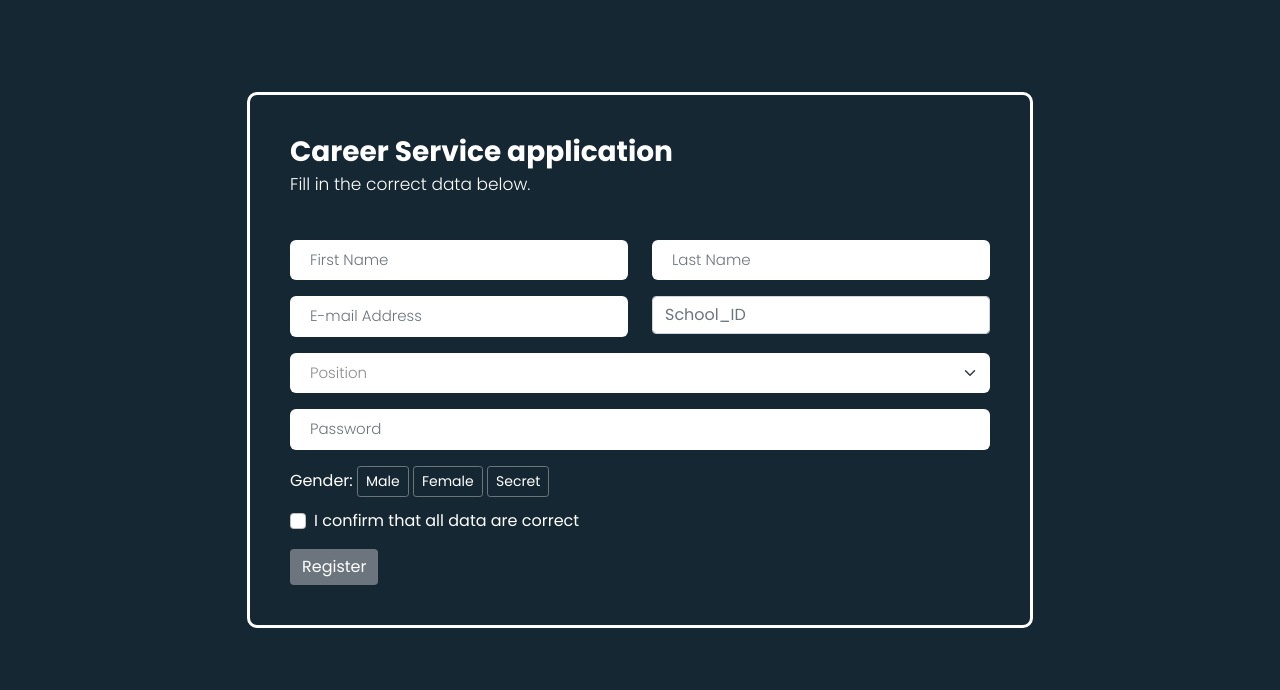
Repository: Samkiroko/form-assignment
Page: index.html
The author's editor kept a copy of each file at every save. The page is drawn from the files as they stood at one save, then again after the next save.
The browser window is 1280 px wide. The pictures show the whole page.

Above is the page before, as saved 2022-12-03 18:41:21.

### index.html
<!DOCTYPE html>
<html lang="en" >
<head>
  <meta charset="UTF-8">
  <title>Career Service application</title>
  <link rel='stylesheet' href='https://cdn.jsdelivr.net/npm/bootstrap@5.0.0-beta2/dist/css/bootstrap.min.css'><link rel="stylesheet" href="./style.css">

</head>
<body>
<!-- partial:index.partial.html -->
<div class="form-body">
        <div class="row">
            <div class="form-holder">
                <div class="form-content">
                    <div class="form-items">
                        <h3>Career Service application</h3>
                        <p>Fill in the correct data below.</p>
                        <form class="requires-validation" novalidate>
                            <div class="row">
                                 <div class="col-6">
                               <input class="form-control" type="text" name="name" placeholder="First Name" required>
                               <div class="valid-feedback">First Name field is valid!</div>
                               <div class="invalid-feedback">First Name field cannot be blank!</div>
                            </div>
                            <div class="col-6">
                               <input class="form-control" type="text" name="name" placeholder="Last Name" required>
                               <div class="valid-feedback">Last Name field is valid!</div>
                               <div class="invalid-feedback">Last Name field cannot be blank!</div>
                            </div>
                            </div>
                            <div class="row">
                                <div class="col-6">
                                <input class="form-control" type="email" name="email" placeholder="E-mail Address" required>
                                 <div class="valid-feedback">Email field is valid!</div>
                                 <div class="invalid-feedback">Email field cannot be blank!</div>
                            </div>
                             <div class="col-6 mt-3">
                                <input class="form-control" type="number" name="ID" placeholder="School_ID" required>
                                 <div class="valid-feedback">School id field is valid!</div>
                                 <div class="invalid-feedback">School id field cannot be blank!</div>
                            </div>
                        </div>


                           <div class="col-md-12">
                                <select class="form-select mt-3" required>
                                      <option selected disabled value="">Position</option>
                                      <option value="jweb">Junior Web Developer</option>
                                      <option value="sweb">Senior Web Developer</option>
                                      <option value="pmanager">Project Manager</option>
                                      <option value="pmanager">System Design</option>
                               </select>
                                <div class="valid-feedback">You selected a position!</div>
                                <div class="invalid-feedback">Please select a position!</div>
                           </div>


                           <div class="col-md-12">
                              <input class="form-control" type="password" name="password" placeholder="Password" required>
                               <div class="valid-feedback">Password field is valid!</div>
                               <div class="invalid-feedback">Password field cannot be blank!</div>
                           </div>


                           <div class="col-md-12 mt-3">
                            <label class="mb-3 mr-1" for="gender">Gender: </label>

                            <input type="radio" class="btn-check" name="gender" id="male" autocomplete="off" required>
                            <label class="btn btn-sm btn-outline-secondary" for="male">Male</label>

                            <input type="radio" class="btn-check" name="gender" id="female" autocomplete="off" required>
                            <label class="btn btn-sm btn-outline-secondary" for="female">Female</label>

                            <input type="radio" class="btn-check" name="gender" id="secret" autocomplete="off" required>
                            <label class="btn btn-sm btn-outline-secondary" for="secret">Secret</label>
                               <div class="valid-feedback mv-up">You selected a gender!</div>
                                <div class="invalid-feedback mv-up">Please select a gender!</div>
                            </div>

                        <div class="form-check">
                          <input class="form-check-input" type="checkbox" value="" id="invalidCheck" required>
                          <label class="form-check-label">I confirm that all data are correct</label>
                         <div class="invalid-feedback">Please confirm that the entered data are all correct!</div>
                        </div>


                            <div class="form-button mt-3">
                                <button id="submit" type="submit" class="btn btn-primary">Register</button>
                            </div>
                        </form>
                    </div>
                </div>
            </div>
        </div>
    </div>
<!-- partial -->
  <script  src="./script.js"></script>

</body>
</html>

### style.css
@import url('https://fonts.googleapis.com/css2?family=Poppins:wght@300;400;500;700;900&display=swap');

*,
body {
  font-family: 'Poppins', sans-serif;
  font-weight: 400;
  -webkit-font-smoothing: antialiased;
  text-rendering: optimizeLegibility;
  -moz-osx-font-smoothing: grayscale;
}

html,
body {
  height: 100%;
  background-color: #152733;
  overflow: hidden;
}

.form-holder {
  display: flex;
  flex-direction: column;
  justify-content: center;
  align-items: center;
  text-align: center;
  min-height: 100vh;
}

.form-holder .form-content {
  position: relative;
  text-align: center;
  display: -webkit-box;
  display: -moz-box;
  display: -ms-flexbox;
  display: -webkit-flex;
  display: flex;
  -webkit-justify-content: center;
  justify-content: center;
  -webkit-align-items: center;
  align-items: center;
  padding: 60px;
}

.form-content .form-items {
  border: 3px solid #fff;
  padding: 40px;
  display: inline-block;
  width: 100%;
  min-width: 540px;
  -webkit-border-radius: 10px;
  -moz-border-radius: 10px;
  border-radius: 10px;
  text-align: left;
  -webkit-transition: all 0.4s ease;
  transition: all 0.4s ease;
}

.form-content h3 {
  color: #fff;
  text-align: left;
  font-size: 28px;
  font-weight: 600;
  margin-bottom: 5px;
}

.form-content h3.form-title {
  margin-bottom: 30px;
}

.form-content p {
  color: #fff;
  text-align: left;
  font-size: 17px;
  font-weight: 300;
  line-height: 20px;
  margin-bottom: 30px;
}

.form-content label,
.was-validated .form-check-input:invalid ~ .form-check-label,
.was-validated .form-check-input:valid ~ .form-check-label {
  color: #fff;
}

.form-content input[type='text'],
.form-content input[type='password'],
.form-content input[type='email'],
.form-content select {
  width: 100%;
  padding: 9px 20px;
  text-align: left;
  border: 0;
  outline: 0;
  border-radius: 6px;
  background-color: #fff;
  font-size: 15px;
  font-weight: 300;
  color: #8d8d8d;
  -webkit-transition: all 0.3s ease;
  transition: all 0.3s ease;
  margin-top: 16px;
}

.btn-primary {
  background-color: #6c757d;
  outline: none;
  border: 0px;
  box-shadow: none;
}

.btn-primary:hover,
.btn-primary:focus,
.btn-primary:active {
  background-color: #495056;
  outline: none !important;
  border: none !important;
  box-shadow: none;
}

.form-content textarea {
  position: static !important;
  width: 100%;
  padding: 8px 20px;
  border-radius: 6px;
  text-align: left;
  background-color: #fff;
  border: 0;
  font-size: 15px;
  font-weight: 300;
  color: #8d8d8d;
  outline: none;
  resize: none;
  height: 120px;
  -webkit-transition: none;
  transition: none;
  margin-bottom: 14px;
}

.form-content textarea:hover,
.form-content textarea:focus {
  border: 0;
  background-color: #ebeff8;
  color: #8d8d8d;
}

.mv-up {
  margin-top: -9px !important;
  margin-bottom: 8px !important;
}

.invalid-feedback {
  color: #ff606e;
}

.valid-feedback {
  color: #2acc80;
}

### script.js
(function () {
'use strict'
const forms = document.querySelectorAll('.requires-validation')
Array.from(forms)
  .forEach(function (form) {
    form.addEventListener('submit', function (event) {
      if (!form.checkValidity()) {
        event.preventDefault()
        event.stopPropagation()
      }

      form.classList.add('was-validated')
    }, false)
  })
})()

After the next save:
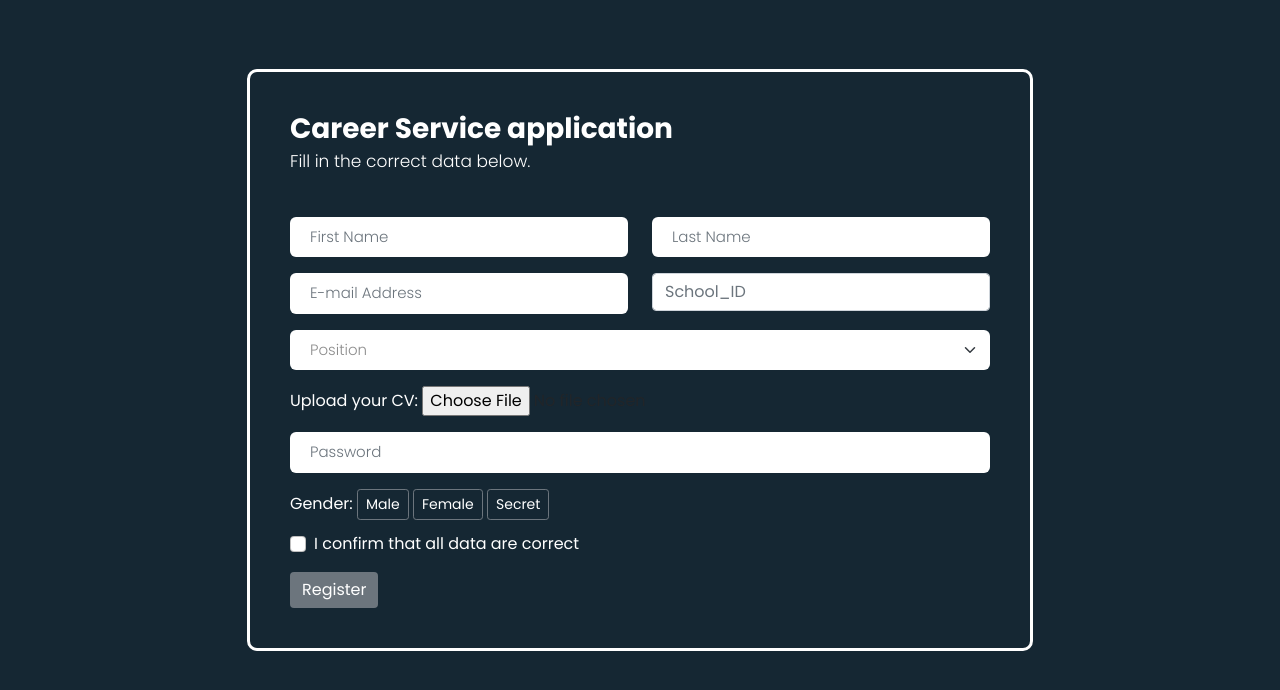
Saved 101 s later.
--- a/index.html
+++ b/index.html
@@ -56,6 +56,10 @@
 
 
                            <div class="col-md-12">
+                             <div class="form-group mt-3">
+        <label class="mr-4">Upload your CV:</label>
+        <input type="file" name="file">
+      </div>
                               <input class="form-control" type="password" name="password" placeholder="Password" required>
                                <div class="valid-feedback">Password field is valid!</div>
                                <div class="invalid-feedback">Password field cannot be blank!</div>
